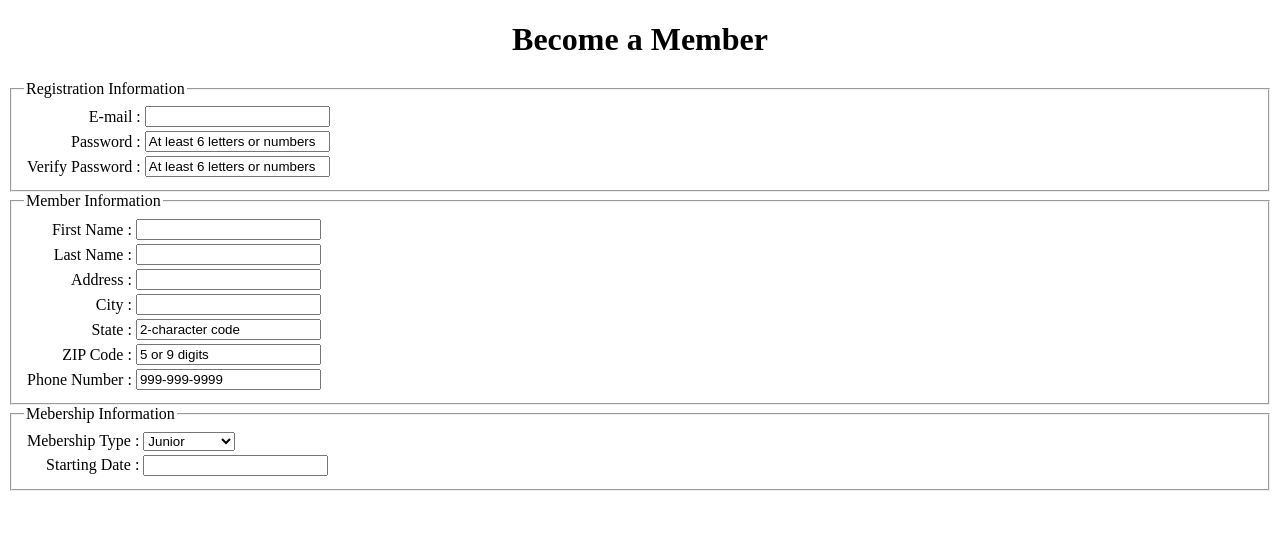
Repository: kjungyoun/Web_Study_2021
Page: homework_front/WebContent/0302/0302.html
These files come from the project's save history. The page is drawn as it stood at one moment and after the next save; the edit follows.
The browser window is 1280 px wide. The pictures show the whole page.

Above is the page before, as saved 2021-03-02 11:59:17.

After the next save:
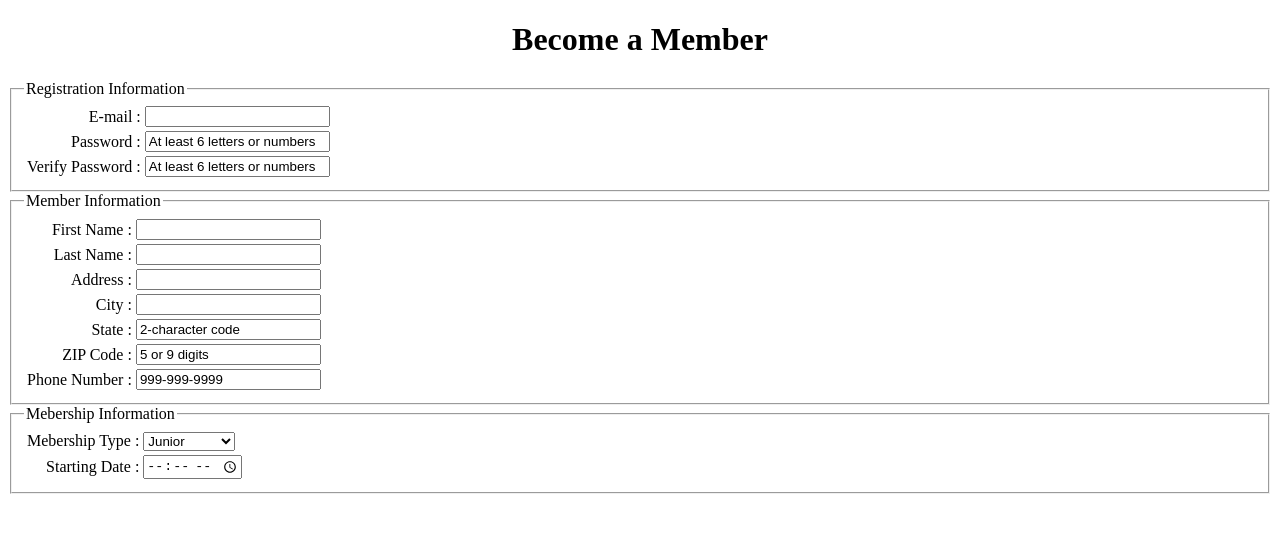
Saved 28 s later.
--- a/homework_front/WebContent/0302/0302.html
+++ b/homework_front/WebContent/0302/0302.html
@@ -129,7 +129,7 @@
 					<label for="date">Starting Date : </label>
 				</td>
 				<td align="left">
-					<input type="datetime" name="date">
+					<input type="time" name="date">
 				</td>
 			</tr>
 		</table>
